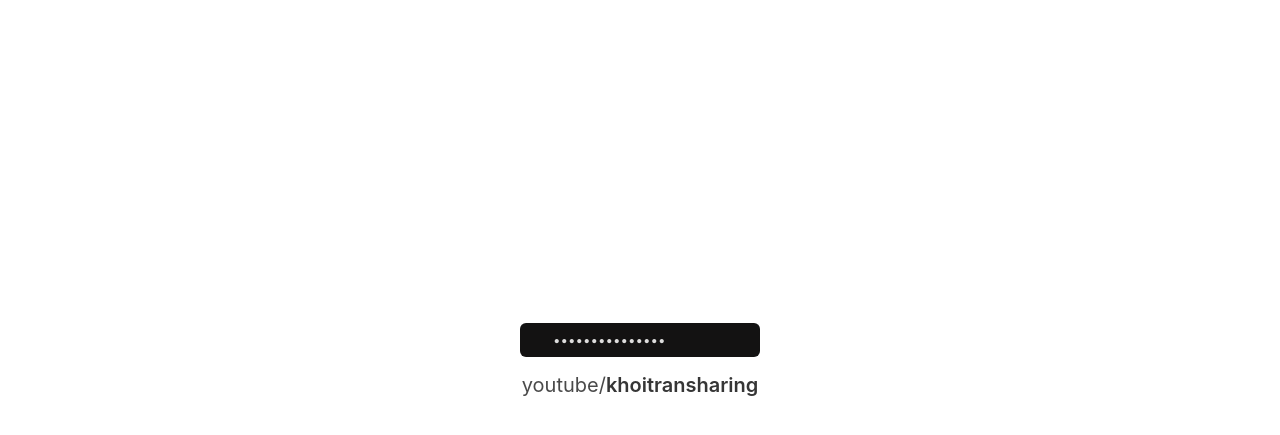
Repository: quangkhoi1228/showcase_project
Page: vanillar_js/src/component/flashlight_switch_input/index.html
An editor plug-in stored every save of this project. The page is shown before and after the next save, followed by the edit.
The browser window is 1280 px wide. The pictures show the whole page.
Some icons come from a web library that is not loaded, so they are not drawn.

Above is the page before, as saved 2021-08-04 02:58:46.

### vanillar_js/src/component/flashlight_switch_input/index.html
<!DOCTYPE html>
<html>

<head>
    <meta charset="utf-8">
    <meta name="viewport" content="width=device-width, initial-scale=1">
    <title>Index</title>
    <link rel="stylesheet" href="template/css/bulma.css">
    <script src="template/js/fontawesome.js"></script>
    <link rel="stylesheet" href="style.css">
</head>

<body>
    <section class="hero is-fullheight">
        <div class="hero-body is-justify-content-center	">
            <div class="is-block has-text-centered">
                <!-- component start -->

                <div class="flashlight-switch-input">

                    <span class="flashlight-switch-input__icon">
                        <i class="fa fa-lock"></i>
                    </span>

                    <input type="password" value="khoitransharing"
                        class="flashlight-switch-input__input">


                    <button class="flashlight-switch-input__button">
                        <span class="rotate-180-deg">
                            <i class="fa fa-flashlight"></i>
                        </span>
                    </button>

                </div>

                <!-- component end -->
                <p class="subtitle mt-4">
                    youtube/<strong>khoitransharing</strong>
                </p>
            </div>
        </div>
    </section>
    <script src="script.js"></script>
</body>

</html>

### vanillar_js/src/component/flashlight_switch_input/style.css
.flashlight-switch-input {
  width: 15rem;
  position: relative;
  border-radius: 6px;
  overflow: hidden;
}


.flashlight-switch-input__icon {
  position: absolute;
  height: 100%;
  left: 0;
  padding: 0;
  width: 2rem;
}

.flashlight-switch-input__icon > * {
  position: absolute;
  height: 100%;
  left: 50%;
  transform: translateX(-50%);
  color: #b3b3b3;
  font-size: 0.75rem;
}

.flashlight-switch-input__input {
  border: 1px solid transparent;
  padding: 0.5rem 0.75rem;
  width: 100%;
  background: #131212;
  color: #ddd;
  padding-left: 2rem;
  padding-right: 2rem;
}

.flashlight-switch-input__button {
  cursor: pointer;
  transform: rotate(180deg);
  position: absolute;
  right: 0;
  padding: 0;
  color: #b3b3b3;
  background: transparent;
  border: none;
  height: 100%;
  width: 2rem;
}

.rotate-180-deg {
  transform: rotate(180deg);
}

.flashlight-switch-input.--is-active .flashlight-switch-input__input {
  background: linear-gradient(
    90deg,
    rgba(120, 120, 120, 1) 0%,
    rgba(235, 235, 235, 1) 28%,
    rgba(242, 242, 242, 1) 100%
  );
  color: black;
  border-left: transparent;
  border-right: none;
}

.flashlight-switch-input.--is-active .flashlight-switch-input__icon > * {
  color: black;
}

.flashlight-switch-input.--is-active .flashlight-switch-input__button::before {
  content: "\A";
  border-style: solid;
  border-width: 0px 15px 10px 0;
  border-color: transparent #dd4397 transparent transparent;
  position: absolute;
  left: -15px;
}

### vanillar_js/src/component/flashlight_switch_input/script.js
var flashlightSwitchInputList = document.querySelectorAll('.flashlight-switch-input');

flashlightSwitchInputList.forEach(function (flashlightSwitchInput) {
    let button = flashlightSwitchInput.querySelector('.flashlight-switch-input__button');
    let input = flashlightSwitchInput.querySelector('.flashlight-switch-input__input');
    button.onclick = function () {
        flashlightSwitchInput.classList.toggle('--is-active');
        let inputType = (flashlightSwitchInput.classList.contains('--is-active')) ? 'text' : 'password';
        input.setAttribute('type', inputType);
    }
})

Loaded but not shown: vanillar_js/src/component/flashlight_switch_input/template/css/bulma.css (library)

After the next save:
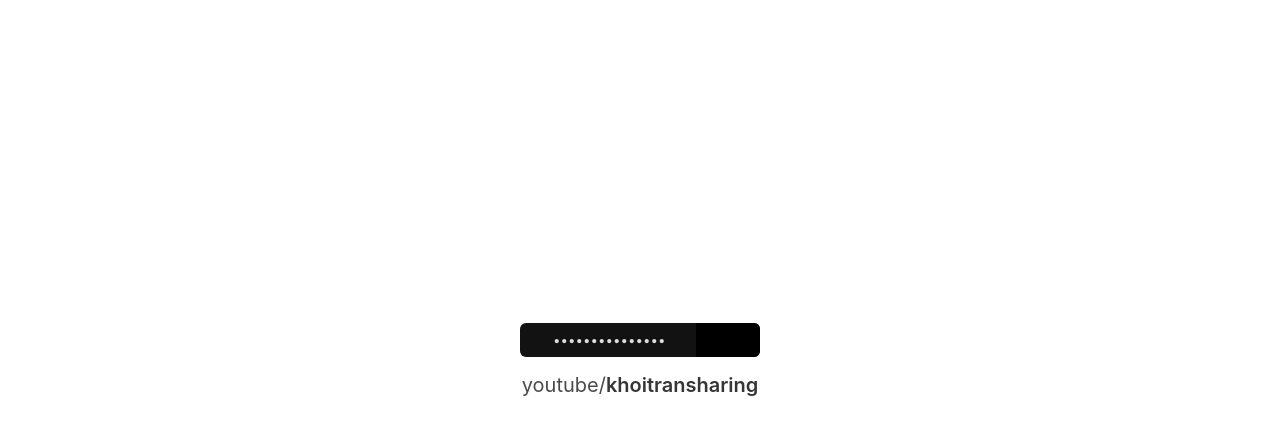
Saved 10 min 3 s later.
--- a/vanillar_js/src/component/flashlight_switch_input/style.css
+++ b/vanillar_js/src/component/flashlight_switch_input/style.css
@@ -4,7 +4,6 @@
   border-radius: 6px;
   overflow: hidden;
 }
-
 
 .flashlight-switch-input__icon {
   position: absolute;
@@ -44,6 +43,17 @@
   border: none;
   height: 100%;
   width: 2rem;
+  background: black;
+  width: 4rem;
+}
+
+.flashlight-switch-input__button > * {
+  position: absolute;
+  left: 0.5rem;
+  height: 100%;
+  top: 50%;
+  transform: translateY(-25%);
+  z-index: 10;
 }
 
 .rotate-180-deg {
@@ -67,10 +77,13 @@
 }
 
 .flashlight-switch-input.--is-active .flashlight-switch-input__button::before {
-  content: "\A";
+  content: " ";
   border-style: solid;
-  border-width: 0px 15px 10px 0;
-  border-color: transparent #dd4397 transparent transparent;
+  border-width: 1rem 2.75rem 1rem 0;
+  border-color: transparent #f9edf3 transparent transparent;
   position: absolute;
-  left: -15px;
+  left: 1.25rem;
+  height: 100%;
+  z-index: 2;
+  bottom: 0;
 }
